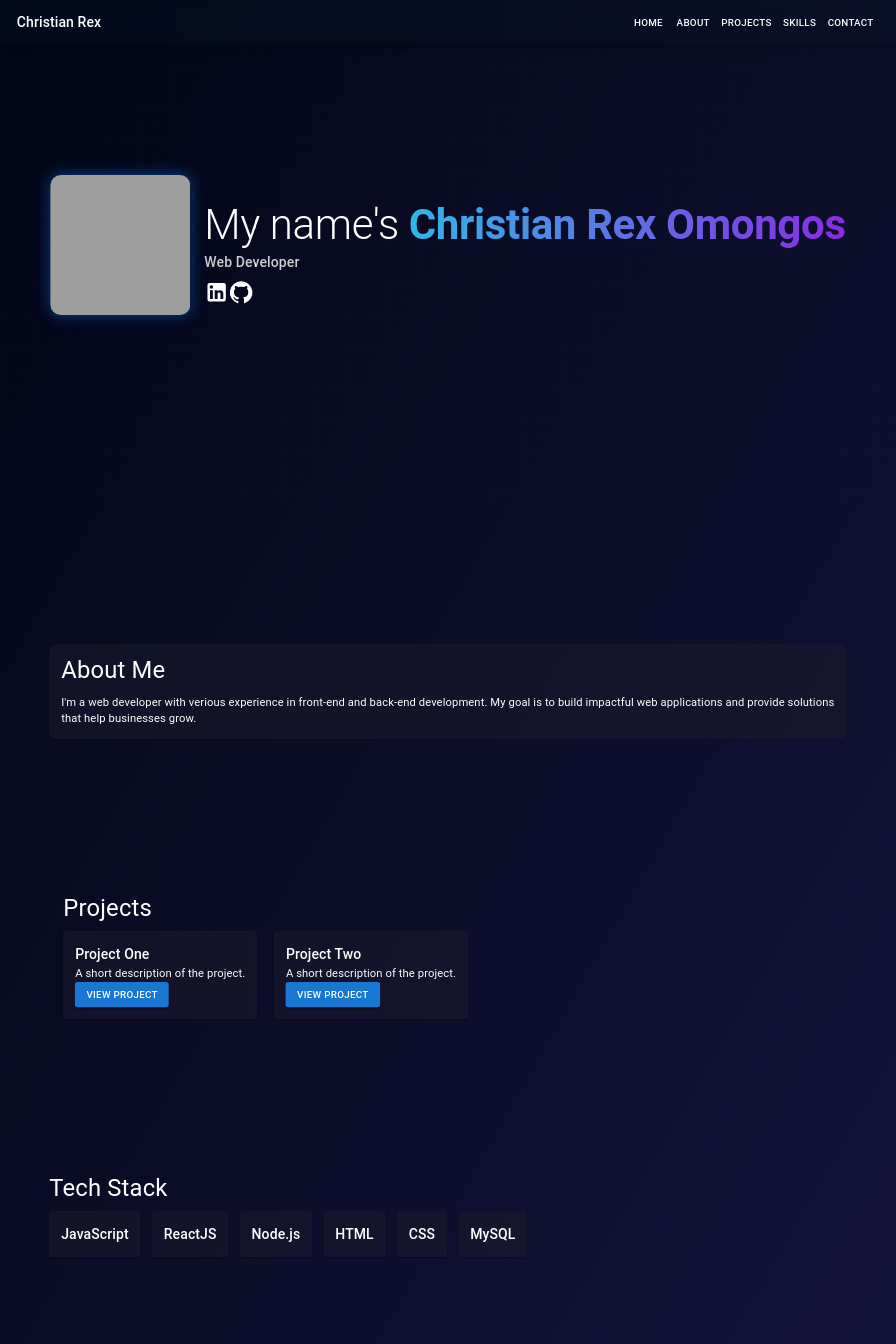
Repository: mikeshadowcoder/myWeb
Page: /
These files come from the project's save history. The page is drawn as it stood at one moment and after the next save; the edit follows.
The browser window is 1280 px wide. The pictures show the part of the page from y = 0 to 1920 px (the page is 2643 px tall), at 70% of full size.
Pictures or frames that could not be fetched are drawn as grey boxes. The project was rebuilt for these pictures with package versions that can differ from the ones it lists, and the page was loaded fresh each time.

Above is the page before, as saved 2026-01-21 20:55:41.

After the next save:
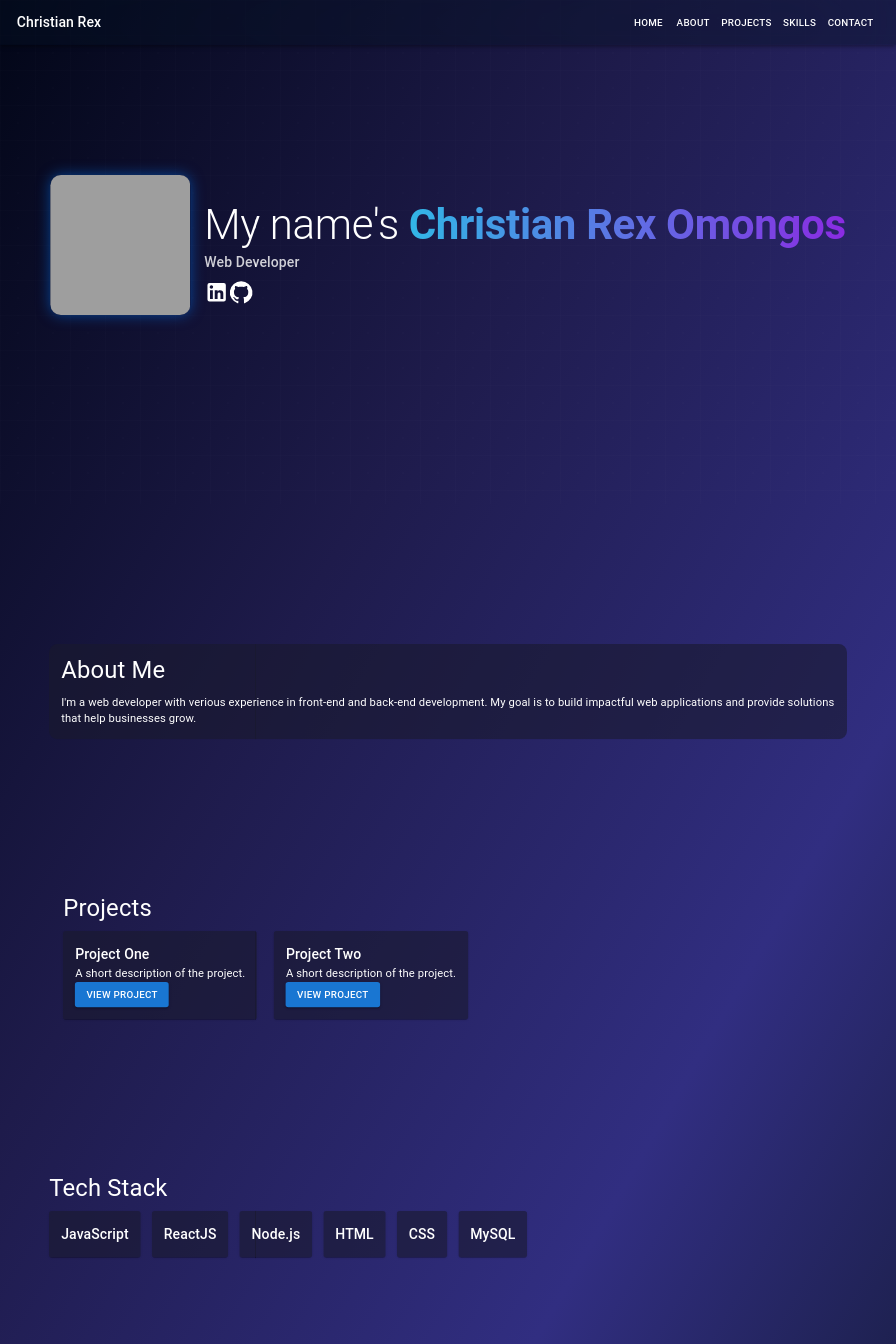
Saved 18 s later.
--- a/src/styles/global.css
+++ b/src/styles/global.css
@@ -2,7 +2,7 @@
     min-height: 100vh;
     background:
       linear-gradient(120deg, #020617, #1e1b4b, #312e81, #0f172a);
-    background-size: 400% 400%;
+    background-size: 100% 100%;
     color: white;
     margin: 0;
     padding: 0;
